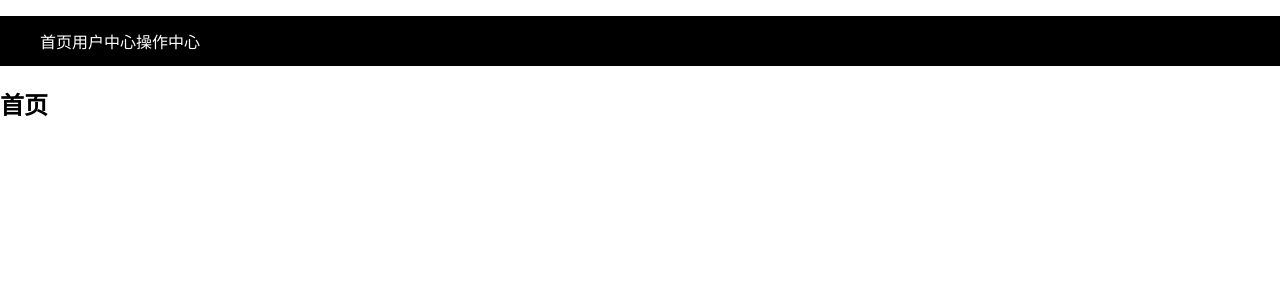
Repository: zhenzhen-gong/react-learning
Page: /
These files come from the project's save history. The page is drawn as it stood at one moment and after the next save; the edit follows.
The browser window is 1280 px wide. The pictures show the whole page.
The project was rebuilt for these pictures with package versions that can differ from the ones it lists, and the page was loaded fresh each time. Also part of the build but not shown: src/component/qianTaoRouter/userCenter.js, src/component/qianTaoRouter/handleCenter.js.

Above is the page before, as saved 2021-04-18 23:34:32.

### src/index.js
import React from 'react';
import ReactDOM from 'react-dom';
import {
  BrowserRouter as Router,
  Route,
  Link
} from "react-router-dom";

import './index.css';
import './index.less'
import Home from './component/qianTaoRouter/home';
import UserCenter from './component/qianTaoRouter/userCenter';
import HandleCenter from './component/qianTaoRouter/handleCenter';
// import NewsContent from './component/routerTest/newsContent'
// import MenuContent from './component/routerTest/menuContent'
// import Login from './component/routerTest/login'
import reportWebVitals from './reportWebVitals';

ReactDOM.render(
  <Router>
    <ul className="tab-box">
          <li>
            <Link to="/">首页</Link>
          </li>
          <li>
            <Link to="/user">用户中心</Link>
          </li>
          <li>
            <Link to="/handle">操作中心</Link>
          </li>
    </ul>
    {/*
     <Route path='/'> <Home /> </Route>
    <Route path='/news'> <News /> </Route>
    <Route path='/memu'>  <Memu /> </Route>
     */}
     {/*exact 为严格匹配*/}
     <Route exact  path='/' component={Home} />
    <Route path='/user' component={UserCenter} />
    <Route path='/handle' component={HandleCenter} />

    {/*<Route path='/content/:aid' component={NewsContent} />
    <Route path='/menucontent' component={MenuContent} />
    <Route path='/login' component={Login} /> */}
  </Router>,
  document.getElementById('root')
);

// If you want to start measuring performance in your app, pass a function
// to log results (for example: reportWebVitals(console.log))
// or send to an analytics endpoint. Learn more: https://bit.ly/CRA-vitals
reportWebVitals();

### src/index.less
.tab-box {
    display: flex;
    height: 50px;
    align-items: center;
    background-color: black;
    li {
        list-style: none;
        a {
            color: #fff;
            text-decoration:none;
        }
    }
  }

### src/component/qianTaoRouter/home.js
import React, {Component} from 'react'



class Home extends Component {
    constructor(props) {
        super(props)
        this.state = {
            msg: "首页"
        }
    }



    render() {
        return (
            <div>
                <h2>{this.state.msg}</h2>
            </div>
        )
    }
}


export default Home

Loaded but not shown: public/index.html (common file); src/index.css (common file); src/reportWebVitals.js (common file)

After the next save:
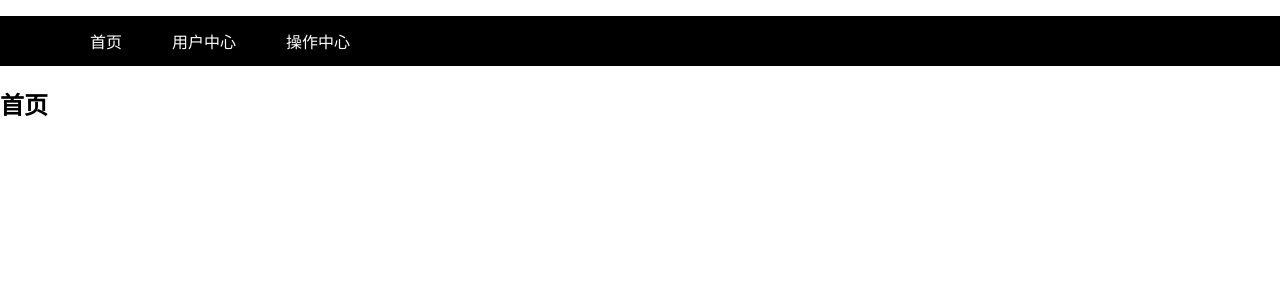
Saved 15 s later.
--- a/src/index.less
+++ b/src/index.less
@@ -5,6 +5,7 @@
     background-color: black;
     li {
         list-style: none;
+        margin-left: 50px;
         a {
             color: #fff;
             text-decoration:none;
